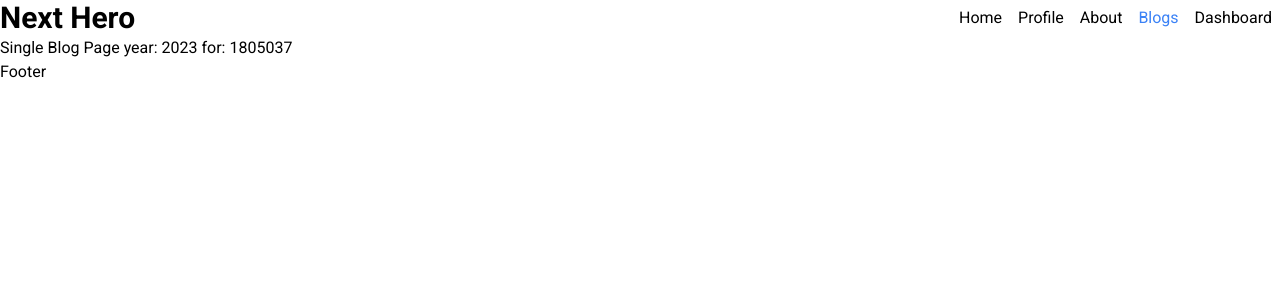
Repository: Wahid137/try-next-js
Page: /blogs/id
An editor plug-in stored every save of this project. The page is shown before and after the next save, followed by the edit.
The browser window is 1280 px wide. The pictures show the whole page.
The project was rebuilt for these pictures with package versions that can differ from the ones it lists, and the page was loaded fresh each time. The framework's server and built-in components were replaced by stand-ins that run in the browser. Also part of the build but not shown: next.config.js.

Above is the page before, as saved 2023-10-20 02:24:23.

After the next save:
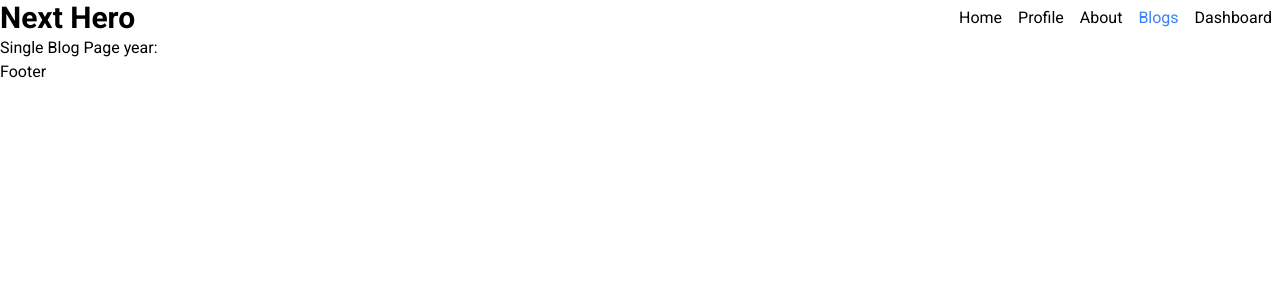
Saved 3 min 2 s later.
--- a/src/app/(with-layout)/blogs/id/page.js
+++ b/src/app/(with-layout)/blogs/id/page.js
@@ -5,7 +5,7 @@ const page = ({ params }) => {
     console.log(year)
     return (
         <div>
-            <h1>Single Blog Page year: {year || new Date().getFullYear()} for: {id || 1805037}</h1>
+            <h1>Single Blog Page year: {params.id}</h1>
         </div>
     );
 };
